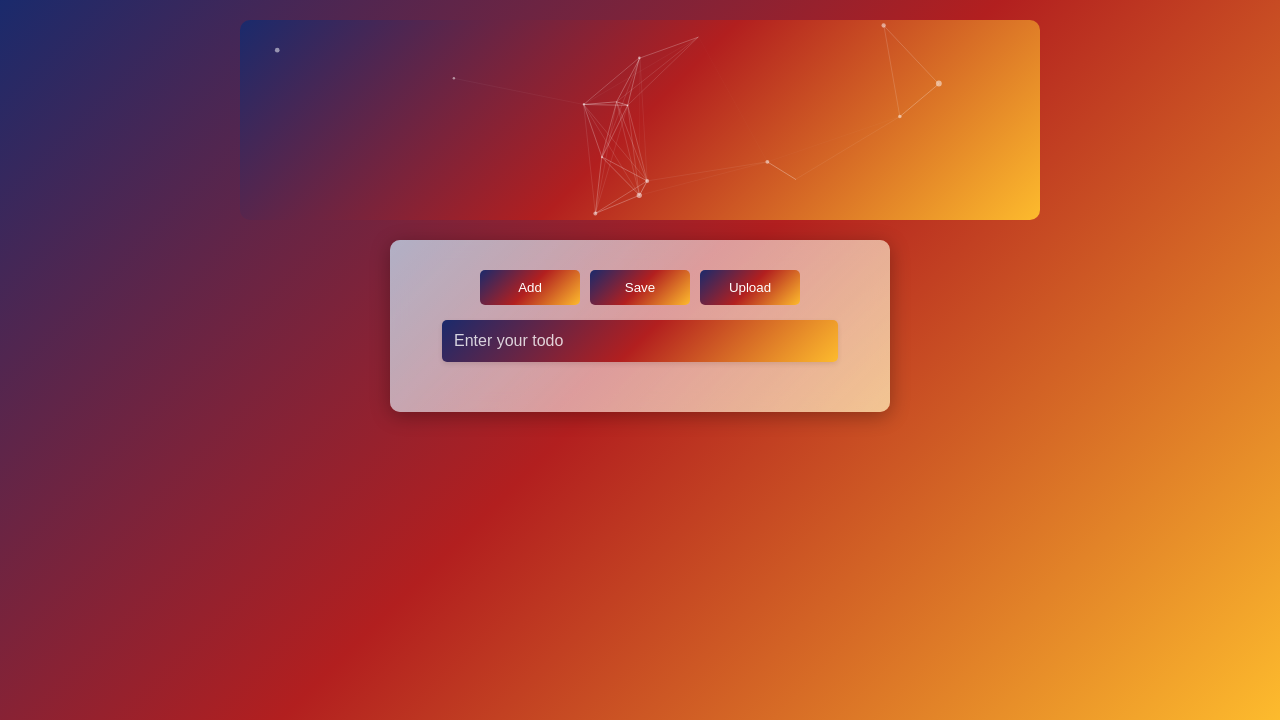
Repository: Teycir/todo-app
Page: index.html
An editor plug-in stored every save of this project. The page is shown before and after the next save, followed by the edit.
The browser window is 1280 px wide. The pictures show the whole page.

Above is the page before, as saved 2024-11-07 19:43:23.
Console error: ReferenceError: initTitleAnimation is not defined

After the next save:
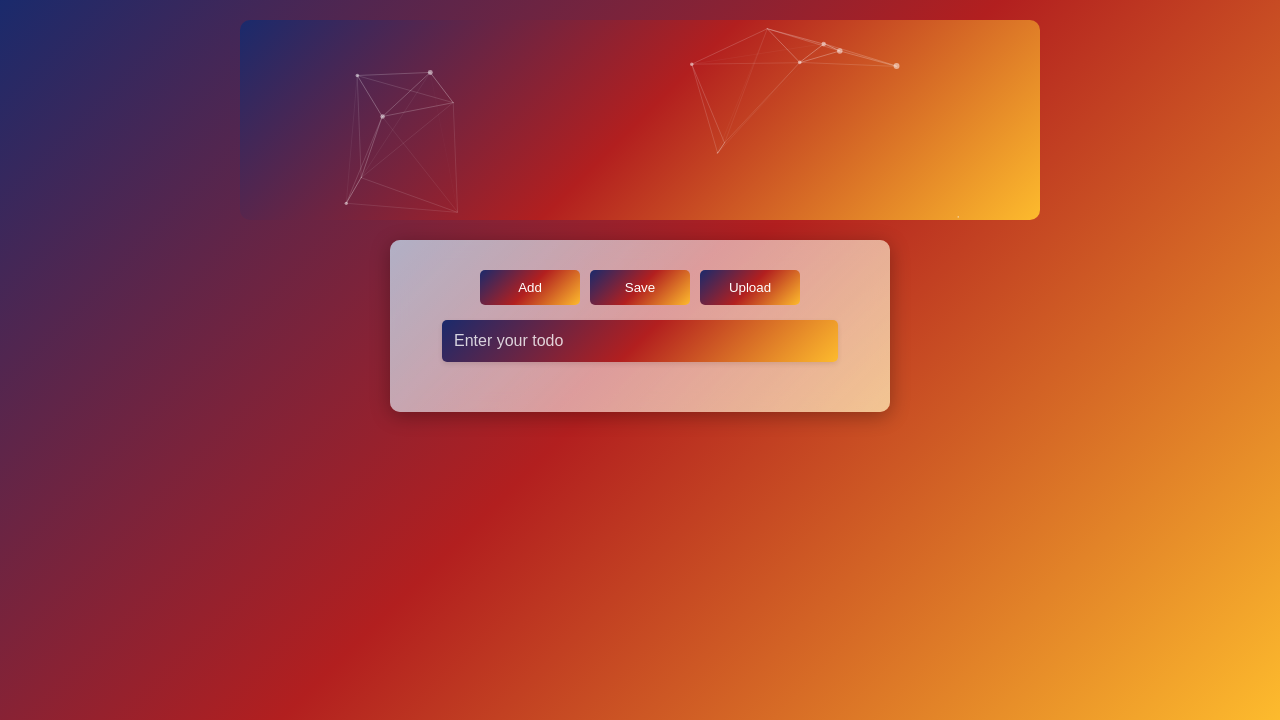
Console error: TypeError: Cannot read properties of null (reading 'getContext')
Saved 66 s later.
--- a/animation.js
+++ b/animation.js
@@ -1,4 +1,142 @@
 window.addEventListener('load', function(){
+    const canvas = document.getElementById('canvas1');
+    const ctx = canvas.getContext('2d', {
+        willReadFrequently: true
+    });
+    canvas.width = canvas.offsetWidth;
+    canvas.height = 200;
+
+    class Particle {
+        constructor(effect, x, y, color){
+            this.effect = effect;
+            this.x = Math.random() * this.effect.canvasWidth;
+            this.y = this.effect.canvasHeight;
+            this.color = color;
+            this.originX = x;
+            this.originY = y;
+            this.size = this.effect.gap;
+            this.dx = 0;
+            this.dy = 0;
+            this.vx = 0;
+            this.vy = 0;
+            this.force = 0;
+            this.angle = 0;
+            this.distance = 0;
+            this.friction = Math.random() * 0.6 + 0.15;
+            this.ease = Math.random() * 0.1 + 0.005;
+        }
+        draw(){
+            this.effect.context.fillStyle = this.color;
+            this.effect.context.fillRect(this.x, this.y, this.size, this.size);
+        }
+        update(){
+            this.dx = this.effect.mouse.x - this.x;
+            this.dy = this.effect.mouse.y - this.y;
+            this.distance = this.dx * this.dx + this.dy * this.dy;
+            this.force = -this.effect.mouse.radius / this.distance;
+
+            if (this.distance < this.effect.mouse.radius){
+                this.angle = Math.atan2(this.dy, this.dx);
+                this.vx += this.force * Math.cos(this.angle);
+                this.vy += this.force * Math.sin(this.angle);
+            }
+
+            this.x += (this.vx *= this.friction) + (this.originX - this.x) * this.ease;
+            this.y += (this.vy *= this.friction) + (this.originY - this.y) * this.ease;
+        }
+    }
+
+    class Effect {
+        constructor(context, canvasWidth, canvasHeight){
+            this.context = context;
+            this.canvasWidth = canvasWidth;
+            this.canvasHeight = canvasHeight;
+            this.textX = this.canvasWidth / 2;
+            this.textY = this.canvasHeight / 2;
+            this.fontSize = 80;
+            this.lineHeight = this.fontSize * 1.1;
+            this.maxTextWidth = this.canvasWidth * 0.8;
+
+            // particle text
+            this.particles = [];
+            this.gap = 4;
+            this.mouse = {
+                radius: 20000,
+                x: 0,
+                y: 0
+            }
+            window.addEventListener('mousemove', (e) => {
+                const rect = canvas.getBoundingClientRect();
+                this.mouse.x = e.x - rect.left;
+                this.mouse.y = e.y - rect.top;
+            });
+        }
+        wrapText(text){
+            // canvas settings
+            const gradient = this.context.createLinearGradient(0, 0, this.canvasWidth, this.canvasHeight);
+            gradient.addColorStop(0.3, 'white');
+            gradient.addColorStop(0.5, 'white');
+            gradient.addColorStop(0.7, 'white');
+            this.context.fillStyle = gradient;
+            this.context.textAlign = 'center';
+            this.context.textBaseline = 'middle';
+            this.context.lineWidth = 3;
+            this.context.font = this.fontSize + 'px Helvetica';
+
+            this.context.fillText(text, this.textX, this.textY);
+            this.convertToParticles();
+        }
+        convertToParticles(){
+            this.particles = [];
+            const pixels = this.context.getImageData(0, 0, this.canvasWidth, this.canvasHeight).data;
+            this.context.clearRect(0, 0, this.canvasWidth, this.canvasHeight);
+            for (let y = 0; y < this.canvasHeight; y += this.gap){
+                for (let x = 0; x < this.canvasWidth; x+= this.gap){
+                    const index = (y * this.canvasWidth + x) * 4;
+                    const alpha = pixels[index + 3];
+                    if (alpha > 0){
+                        const red = pixels[index];
+                        const green = pixels[index + 1];
+                        const blue = pixels[index + 2];
+                        const color = 'rgb(' + red + ',' + green + ',' + blue + ')';
+                        this.particles.push(new Particle(this, x, y, color));
+                    }
+                }
+            }
+        }
+        render(){
+            this.particles.forEach(particle => {
+                particle.update();
+                particle.draw();
+            });
+        }
+        resize(width, height){
+            this.canvasWidth = width;
+            this.canvasHeight = height;
+            this.textX = this.canvasWidth / 2;
+            this.textY = this.canvasHeight / 2;
+            this.maxTextWidth = this.canvasWidth * 0.8;
+        }
+    }
+
+    const effect = new Effect(ctx, canvas.width, canvas.height);
+    effect.wrapText('Todo App');
+    effect.render();
+
+    function animate(){
+        ctx.clearRect(0, 0, canvas.width, canvas.height);
+        effect.render();
+        requestAnimationFrame(animate);
+    }
+    animate();
+
+    window.addEventListener('resize', function(){
+        canvas.width = canvas.offsetWidth;
+        canvas.height = 200;
+        effect.resize(canvas.width, canvas.height);
+        effect.wrapText('Todo App');
+    });
+
     // Initialize particles.js
     particlesJS('particles-js', {
         particles: {

After the save that followed:
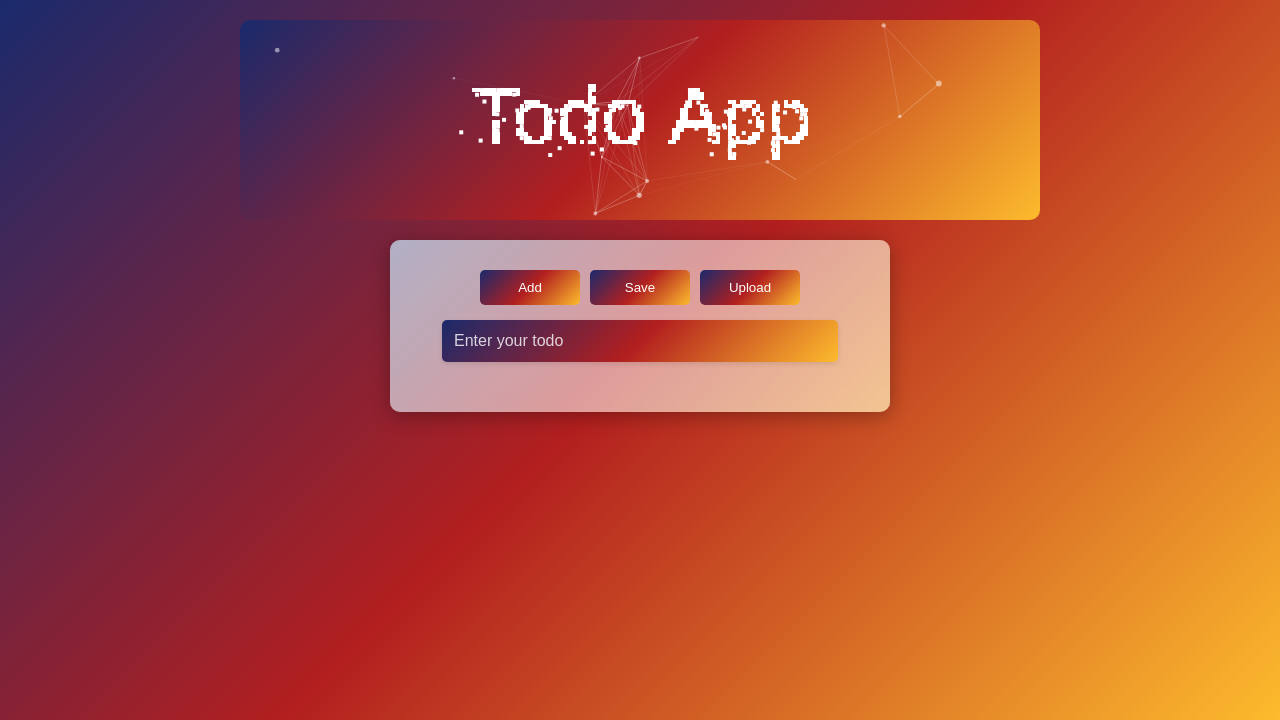
Console error: ReferenceError: initTitleAnimation is not defined
Saved 2 min 8 s later.
--- a/index.html
+++ b/index.html
@@ -30,6 +30,16 @@
             z-index: 2;
         }
 
+        #canvas1 {
+            position: absolute;
+            top: 0;
+            left: 0;
+            width: 100%;
+            height: 100%;
+            z-index: 2;
+            border-radius: 10px;
+        }
+
         #particles-js {
             position: absolute;
             top: 0;
@@ -176,6 +186,7 @@
 <body>
     <div class="title-section">
         <div id="particles-js"></div>
+        <canvas id="canvas1"></canvas>
         <input type="text" id="textInput" value="Todo App">
     </div>
     <div class="container">
